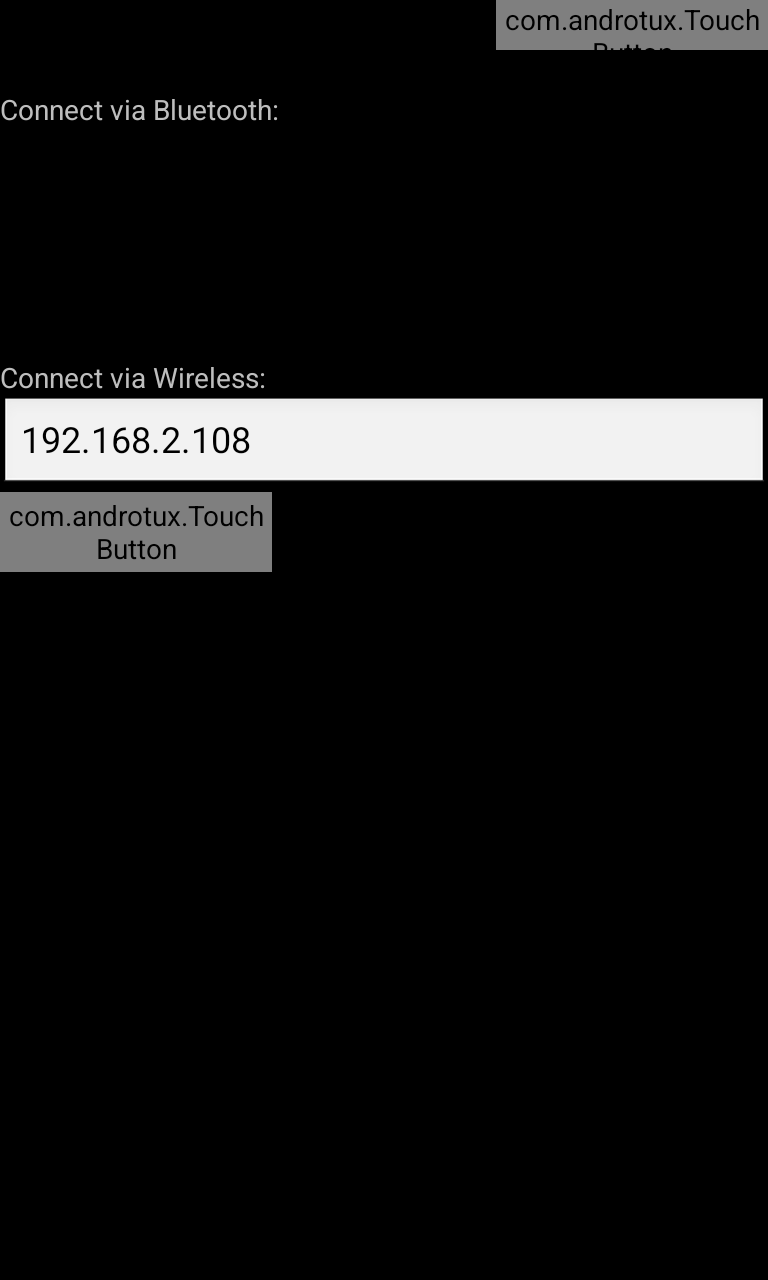
Repository: itayrom/androtux
Layout: app/AndroTux/res/layout/fragment_settings.xml
These files come from the project's save history. The layout is drawn as it stood at one moment and after the next save; the edit follows.
Pictures or frames that could not be fetched are drawn as grey boxes. It is drawn on a 768 x 1280 px phone screen (xhdpi) without system bars, with theme android:Theme.NoTitleBar.Fullscreen; the app's code is not run. Lists and similar views that code fills are empty.

Above is the layout before, as saved 2014-09-08 23:10:33.

### app/AndroTux/res/layout/fragment_settings.xml
<!--
  Android Remote for Tux (AndroTux)
  Copyright (C) 2014 Itay Rom <1t4yr0m@gmail.com> Tal Sabo <tal.sabo@gmail.com>

  This program is free software: you can redistribute it and/or modify
  it under the terms of the GNU General Public License as published by
  the Free Software Foundation, either version 3 of the License, or
  (at your option) any later version.

  This program is distributed in the hope that it will be useful,
  but WITHOUT ANY WARRANTY; without even the implied warranty of
  MERCHANTABILITY or FITNESS FOR A PARTICULAR PURPOSE.  See the
  GNU General Public License for more details.

  You should have received a copy of the GNU General Public License
  along with this program.  If not, see <http://www.gnu.org/licenses/>.
-->
<LinearLayout xmlns:android="http://schemas.android.com/apk/res/android"
    xmlns:app="http://schemas.android.com/apk/res/com.androtux"
    android:layout_width="fill_parent"
    android:layout_height="fill_parent"
    android:orientation="vertical">

    <LinearLayout
        android:orientation="horizontal"
        android:layout_width="match_parent"
        android:layout_height="45dp"
        android:gravity="right">

        <com.androtux.TouchButton
	        android:id="@+id/btnDisconnect"
	        android:layout_width="136dp"
	        android:layout_height="25dp"
	        app:enabled="false"
	        android:text="Disconnect" />

    </LinearLayout>

    <TextView
        android:layout_width="fill_parent"
        android:layout_height="wrap_content"
        android:text="Connect via Bluetooth:"/>

    <ListView
        android:id="@+id/lvPaired"
        android:layout_width="match_parent"
        android:layout_height="100dp">
    </ListView>

    <TextView
        android:layout_width="fill_parent"
        android:layout_height="wrap_content"
        android:layout_marginTop="15dp"
        android:text="Connect via Wireless:" />

    <EditText
        android:id="@+id/txtWirelessIp"
        android:layout_width="match_parent"
        android:layout_height="wrap_content"
        android:text="192.168.2.108"
        android:ems="10">
	</EditText>

    <com.androtux.TouchButton
        android:id="@+id/btnConnectWireless"
        android:layout_width="136dp"
        android:layout_height="40dp"
        app:enabled="true"
        android:text="Connect" />

</LinearLayout>

After the next save:
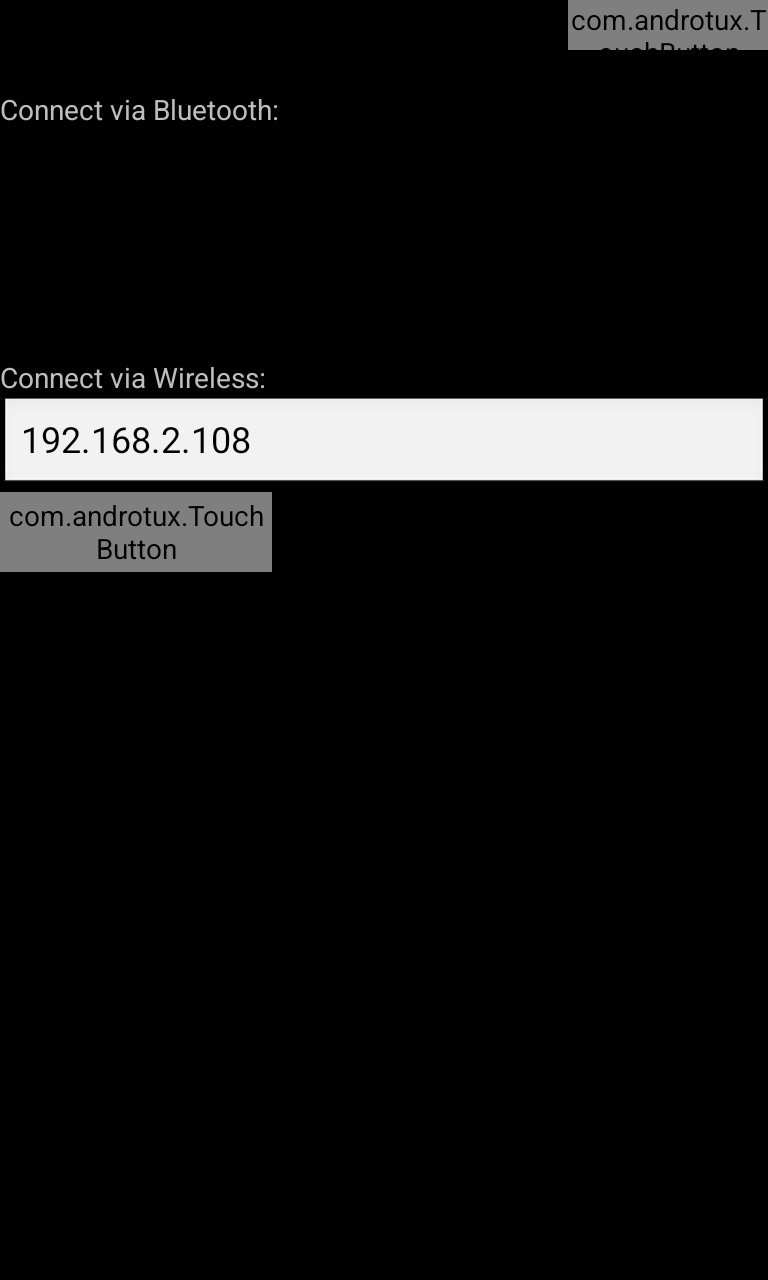
Saved 8 s later.
--- a/app/AndroTux/res/layout/fragment_settings.xml
+++ b/app/AndroTux/res/layout/fragment_settings.xml
@@ -29,7 +29,7 @@
 
         <com.androtux.TouchButton
 	        android:id="@+id/btnDisconnect"
-	        android:layout_width="136dp"
+	        android:layout_width="100dp"
 	        android:layout_height="25dp"
 	        app:enabled="false"
 	        android:text="Disconnect" />
